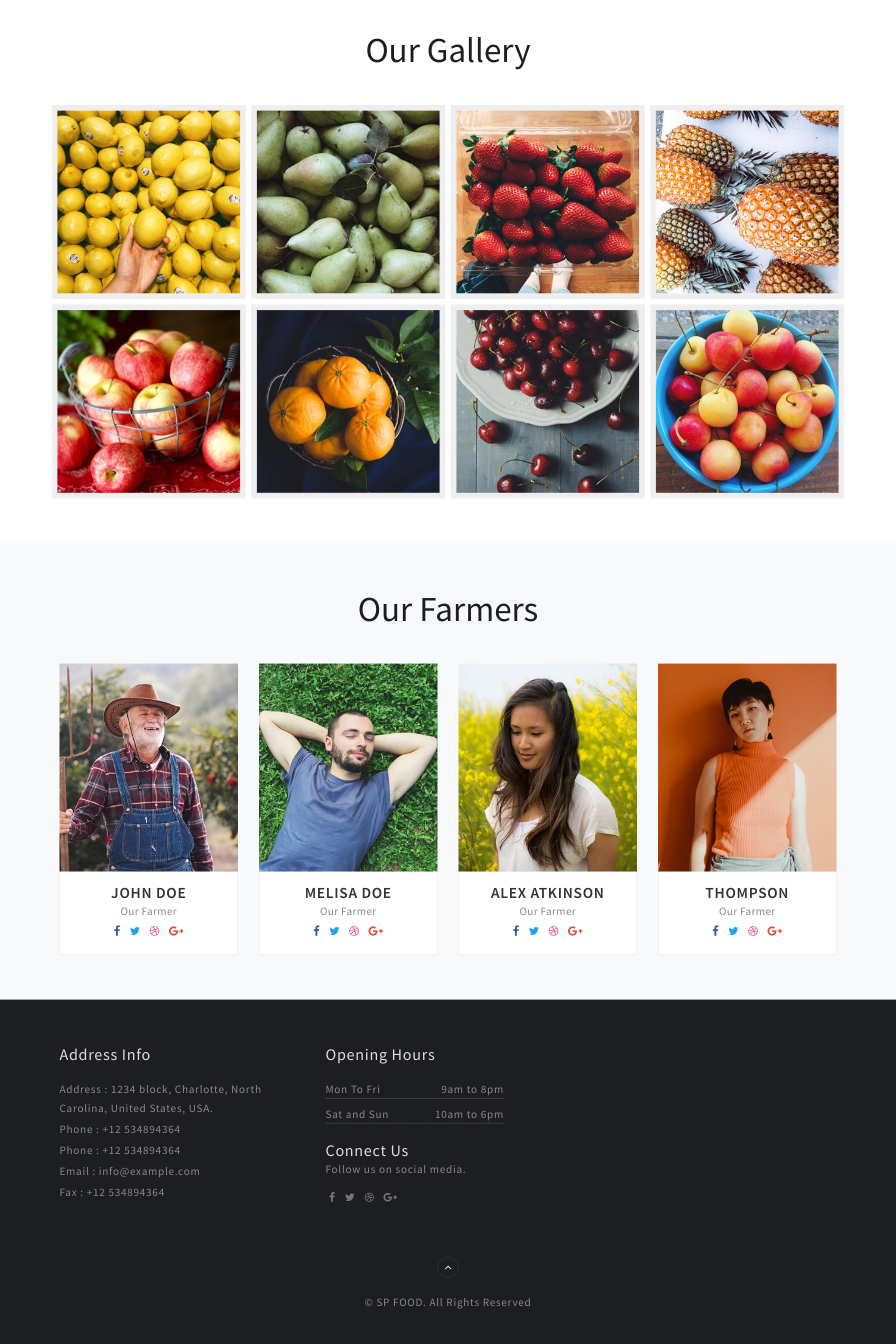
Repository: httpamit/SP-Food
Page: index.html
The author's editor kept a copy of each file at every save. The page is drawn from the files as they stood at one save, then again after the next save.
The browser window is 1280 px wide. The pictures show the part of the page from y = 2830 to 4750 px (the page is 4750 px tall), at 70% of full size.
Backgrounds fixed to the window are drawn as part of the page.

Above is the page before, as saved 2019-02-07 23:20:09.

### index.html
<!DOCTYPE html>
<html lang="en">
<head>
<title>Fruit Farm Agriculture Category Flat Bootstrap Responsive Website Template | Home : W3layouts</title>

	<!-- Meta tag Keywords -->
	<meta name="viewport" content="width=device-width, initial-scale=1">
	<meta charset="utf-8">
	<meta name="keywords" content="Agriculture Responsive web template, Bootstrap Web Templates, Flat Web Templates, Android Compatible web template,
	Smartphone Compatible web template, free webdesigns for Nokia, Samsung, LG, SonyEricsson, Motorola web design" />
	<script type="application/x-javascript">
		addEventListener("load", function () {
			setTimeout(hideURLbar, 0);
		}, false);

		function hideURLbar() {
			window.scrollTo(0, 1);
		}
	</script>
	<!--// Meta tag Keywords -->

	<!-- css files -->
	<link rel="stylesheet" href="css/bootstrap.css"> <!-- Bootstrap-Core-CSS -->
	<link rel="stylesheet" href="css/style.css" type="text/css" media="all" /> <!-- Style-CSS -->
	<link rel="stylesheet" href="css/font-awesome.min.css"> <!-- Font-Awesome-Icons-CSS -->
	<!-- //css files -->

	<!--web font-->
	<link href="//fonts.googleapis.com/css?family=Source+Sans+Pro:200,200i,300,300i,400,400i,600,600i,700,700i,900,900i&amp;subset=cyrillic,cyrillic-ext,greek,greek-ext,latin-ext,vietnamese" rel="stylesheet">
	<!--//web font-->

</head>

<body>

<!-- header -->
<header>
	<div class="container" id="home">
		<nav class="">
			<div id="logo">
				<h1> <a href="index.html" class="editContent" data-selector=".editContent"><span class="fa fa-home"></span> SP FOOD</a></h1>
			</div>
			<div class="mx-auto">
				<ul class="menu mt-lg-4">
					<li class=" mr-lg-2 mr-1 active"><a href="#">Home</a></li>
					<li class=" mr-lg-2 mr-1"><a href="#about">About</a></li>
					<li class=" mr-lg-2 mr-1"><a href="#services">Services</a></li>
					<li class="dropdown-menu-padding">
					<!-- First Tier Drop Down -->
					<a href="#agricultural">Agricultural</a>
					</li>
					<li><a href="#gallery">Gallery</a></li>
					<li><a href="#contact">Contact</a></li>
					<li class="buttons ml-lg-3">
						<p><span class="fa mr-1 fa-phone"></span> +12 445 8976 2334</p>
					</li>
				</ul>
			</div>
		</nav>
	</div>
</header>
<!-- //header -->

<div class="csslider infinity" id="slider1">
  <input type="radio" name="slides" checked="checked" id="slides_1"/>
  <input type="radio" name="slides" id="slides_2"/>
  <input type="radio" name="slides" id="slides_3"/>
  <input type="radio" name="slides" id="slides_4"/>
  <ul>
    <li>
		<div id="bg">
			<div class="container">
				<div class="banner-text">
				  <h6> Fresh Agriculture Products</h6>
				  <h3> We Serve Fresh and Juicy Fruits From Our Farm</h3>
				</div>
			</div>
		</div>
    </li>
    <li>
        <div id="bg1">
			<div class="container">
				<div class="banner-text">
				  <h6> Fresh Agriculture Products</h6>
				  <h3> We Serve Fresh and Juicy Fruits From Our Farm</h3>
				</div>
			</div>
        </div>
    </li>
    <li>
		<div id="bg2">
			<div class="container">
				<div class="banner-text">
				  <h6> Fresh Agriculture Products</h6>
				  <h3> We Serve Fresh and Juicy Fruits From Our Farm</h3>
				</div>
			</div>
        </div>
    </li>
    <li>
		<div id="bg3">
			<div class="container">
				<div class="banner-text">
				  <h6> Fresh Agriculture Products</h6>
				  <h3> We Serve Fresh and Juicy Fruits From Our Farm</h3>
				</div>
			</div>
		</div>
    </li>

  </ul>
  <div class="arrows">
    <label for="slides_1"></label>
    <label for="slides_2"></label>
    <label for="slides_3"></label>
    <label for="slides_4"></label>
  </div>
  <div class="navigation">
    <div>
      <label for="slides_1"></label>
      <label for="slides_2"></label>
      <label for="slides_3"></label>
      <label for="slides_4"></label>
    </div>
  </div>
</div>

<!-- //banner -->

<!-- about -->
<section class="about py-5" id="about">
	<div class="container py-md-3">
		<h3 class="heading text-center mb-md-5 mb-4">Few Words About our farm</h3>
		<div class="row about-grids agile-info">
			<div class="col-lg-6 mb-lg-0   mb-5">
				<h4 class="mb-4">Welcome to our Organic Fruit - we serve all types of seasonal fruits</h3>
				<p class="mb-4">Cras blandit nibh ut pretium elementum. Duis bibendum convallis nun cael dictum. Quisquen ac ipsum porta, ultrices metus sit amet, curs in nisl. Dui aliquet varius sem sit amet convallis nun ca dictum. Cras blandit nibh ut pretium elementum. Duis bibendum convallis nun ca dictum aliquet.</p>
				<p class="text-capitalize"> <span class="fa fa-check"></span> Duis bibendum convallis blandit dictum.</p>
				<p class=" text-capitalize"> <span class="fa fa-check"></span> Cras blandit nibh blandit pretium dolor ipsum.</p>
				<p class="text-capitalize mb-3"> <span class="fa fa-check"></span> Bibendum convallis nun ca dictum elementum ipsum elit.</p>
				<a href="#popup1">Read More </a>
			</div>
			<div class="col-lg-6 col-md-8   pr-md-0">
				<img src="images/about.jpg" class="img-fluid" />
			</div>
		</div>
	</div>
</section>
<!-- //about -->

<!-- how we work -->
<section class="work">
	<div class="work-layer py-5">
	<div class="container py-md-3">
		<h3 class="heading text-center mb-lg-5 text-white mb-4">How We Work</h3>
		<div class="row text-center join agile-info">
			<div class="col-lg-4 col-md-6 steps-reach  ">
				<span class="fa fa-cogs"></span>
				<h4>Step 1</h4>
				<p>Pretium elementum. Duis bibendum convallis nun ca dictum convallis nun ca dictum. Cras blandit nibh ut aliquet varius sem sit amet convallis.</p>
			</div>
			<div class="col-lg-4 col-md-6 mt-md-0 mt-5 steps-reach  ">
				<span class="fa fa-cubes"></span>
				<h4>Step 2</h4>
				<p>Pretium elementum. Duis bibendum convallis nun ca dictum convallis nun ca dictum. Cras blandit nibh ut aliquet varius sem sit amet convallis.</p>
			</div>
			<div class="col-lg-4 col-md-6 mt-lg-0 mt-5 steps-reach  ">
				<span class="fa fa-cart-arrow-down" aria-hidden="true"></span>
				<h4>Step 3</h4>
				<p>Pretium elementum. Duis bibendum convallis nun ca dictum convallis nun ca dictum. Cras blandit nibh ut aliquet varius sem sit amet convallis.</p>
			</div>
		</div>
	</div>
	</div>
</section>
<!-- //how we work -->

<!-- services -->
<section class="services py-5" id="services">
	<div class="container py-md-5">
		<h3 class="heading text-center mb-lg-5 mb-4">Our Services</h3>
		<div class="row text-center join agile-info">
			<div class="col-lg-4 col-md-6 steps-reach service-box">
				<span class="fa fa-cogs"></span>
				<h4>Step 1</h4>
				<p>Pretium elementum. Duis bibendum convallis nun ca dictum convallis nun ca dictum. Cras blandit nibh ut aliquet varius sem sit amet convallis.</p>
			</div>
			<div class="col-lg-4 col-md-6 mt-md-0 mt-5 steps-reach service-box ">
				<span class="fa fa-cubes"></span>
				<h4>Step 2</h4>
				<p>Pretium elementum. Duis bibendum convallis nun ca dictum convallis nun ca dictum. Cras blandit nibh ut aliquet varius sem sit amet convallis.</p>
			</div>
			<div class="col-lg-4 col-md-6 mt-lg-0 mt-5 steps-reach service-box right-border ">
				<span class="fa fa-cart-arrow-down" aria-hidden="true"></span>
				<h4>Step 3</h4>
				<p>Pretium elementum. Duis bibendum convallis nun ca dictum convallis nun ca dictum. Cras blandit nibh ut aliquet varius sem sit amet convallis.</p>
			</div>
		</div>
	</div>
	</div>
</section>
<!-- //how we work -->

<!-- facts -->
<section class="service-bottom bg py-5" id="agricultural">
	<div class="container">
		<!-- Counter -->
		<div class="py-lg-5 py-3">
			<h3 class="heading text-center text-white mb-lg-5 mb-4">Agricultural Facts</h3>
			<div class="row ">
				<div class="col-md-3 text-center col-6 agileits_w3layouts_about_counter_left  ">
					<div class="counterinfo agile-info">
						<p class="counter">146</p>
						<h3>Business Growth</h3>
					</div>
				</div>
				<div class="col-md-3 text-center col-6 agileits_w3layouts_about_counter_left  ">
					<div class="counterinfo agile-info">
						<p class="counter">1500</p>
						<h3>Fruits Supplied</h3>
					</div>
				</div>
				<div class="col-md-3 text-center col-6 agileits_w3layouts_about_counter_left   mt-md-0 mt-4">
					<div class="counterinfo agile-info">
						<p class="counter">15+</p>
						<h3>Years Experience</h3>
					</div>
				</div>
				<div class="col-md-3 text-center col-6 agileits_w3layouts_about_counter_left   mt-md-0 mt-4">
					<div class="counterinfo agile-info">
						<p class="counter">150+</p>
						<h3>Agriculture Farmers</h3>
					</div>
				</div>
			</div>
		</div>
		<!-- //Counter -->
	</div>
</section>
<!-- //facts -->

<!-- gallery -->
<section class="gallery py-5" id="gallery">
	<div class="container py-3">
		<h3 class="heading text-center mb-lg-5 mb-4">Our Gallery</h3>
		<div class="row gallery_grid-more project-grids w3ls">
			<div class="col-lg-3 col-md-4 col-6 px-1 w3layoutsits_w3layouts_gallery_grid1">
				<div class="gallery-border">
					<a href="#popup2">
						<img src="images/g1.jpg" alt=" " class="img-fluid" />
					</a>
				</div>
			</div>
			<div class="col-lg-3 col-md-4 col-6 px-1 w3layoutsits_w3layouts_gallery_grid1">
				<div class="gallery-border">
					<a href="#popup3">
						<img src="images/g2.jpg" alt=" " class="img-fluid" />
					</a>
				</div>
			</div>
			<div class="col-lg-3 col-md-4 col-6 px-1 w3layoutsits_w3layouts_gallery_grid1 mt-md-0 mt-2">
				<div class="gallery-border">
					<a href="#popup4">
						<img src="images/g3.jpg" alt=" " class="img-fluid" />
					</a>
				</div>
			</div>
			<div class="col-lg-3 col-md-4 col-6 px-1 w3layoutsits_w3layouts_gallery_grid1 mt-lg-0 mt-2">
				<div class="gallery-border">
					<a href="#popup5">
						<img src="images/g4.jpg" alt=" " class="img-fluid" />
					</a>
				</div>
			</div>
			<div class="col-lg-3 col-md-4 col-6 px-1 w3layoutsits_w3layouts_gallery_grid1 mt-2 ">
				<div class="gallery-border">
					<a href="#popup6">
						<img src="images/g5.jpg" alt=" " class="img-fluid" />
					</a>
				</div>
			</div>
			<div class="col-lg-3 col-md-4 col-6 px-1 w3layoutsits_w3layouts_gallery_grid1 mt-2">
				<div class="gallery-border">
					<a href="#popup7">
						<img src="images/g6.jpg" alt=" " class="img-fluid" />
					</a>
				</div>
			</div>
			<div class="col-lg-3 col-md-4 col-6 px-1 w3layoutsits_w3layouts_gallery_grid1 mt-2">
				<div class="gallery-border">
					<a href="#popup8">
						<img src="images/g7.jpg" alt=" " class="img-fluid" />
					</a>
				</div>
			</div>
			<div class="col-lg-3 col-md-4 col-6 px-1 w3layoutsits_w3layouts_gallery_grid1 mt-2">
				<div class="gallery-border">
					<a href="#popup9">
						<img src="images/g8.jpg" alt=" " class="img-fluid" />
					</a>
				</div>
			</div>
		</div>
	</section>

<!-- popup for gallery -->
<div id="popup2" class="overlay">
	<div class="popup1">
		<img src="images/g1.jpg" alt="Popup Image" class="img-fluid" />
	<a class="close" href="#gallery">&times;</a>
	</div>
</div>

<div id="popup3" class="overlay">
	<div class="popup1">
		<img src="images/g2.jpg" alt="Popup Image" class="img-fluid" />
	<a class="close" href="#gallery">&times;</a>
	</div>
</div>

<div id="popup4" class="overlay">
	<div class="popup1">
		<img src="images/g3.jpg" alt="Popup Image" class="img-fluid" />
	<a class="close" href="#gallery">&times;</a>
	</div>
</div>

<div id="popup5" class="overlay">
	<div class="popup1">
		<img src="images/g4.jpg" alt="Popup Image" class="img-fluid" />
	<a class="close" href="#gallery">&times;</a>
	</div>
</div>

<div id="popup6" class="overlay">
	<div class="popup1">
		<img src="images/g5.jpg" alt="Popup Image" class="img-fluid" />
	<a class="close" href="#gallery">&times;</a>
	</div>
</div>

<div id="popup7" class="overlay">
	<div class="popup1">
		<img src="images/g6.jpg" alt="Popup Image" class="img-fluid" />
	<a class="close" href="#gallery">&times;</a>
	</div>
</div>
<div id="popup8" class="overlay">
	<div class="popup1">
		<img src="images/g7.jpg" alt="Popup Image" class="img-fluid" />
	<a class="close" href="#gallery">&times;</a>
	</div>
</div>
<div id="popup9" class="overlay">
	<div class="popup1">
		<img src="images/g8.jpg" alt="Popup Image" class="img-fluid" />
	<a class="close" href="#gallery">&times;</a>
	</div>
</div>
<!-- //popup for gallery -->

</div>
<!-- //gallery -->

<!-- team -->
<section class="team bg-light py-5" id="team">
	<div class="container py-md-3">
		<h3 class="heading text-center mb-lg-5 mb-4">Our Farmers</h3>
		<div class="row team-grids">
			<div class="col-lg-3 col-sm-6 mb-lg-0 mb-4 team-grid  ">
				<div class="team-members">
					<img src="images/t1.jpg" class="img-fluid" alt="image">
					<div class="team-desc py-3 text-center agile-info">
						<h4 class="">John Doe</h4>
						<span>Our Farmer</span>
						<ul class="social">
							<li><a href="#"><span class="fa fa-facebook icon_facebook"></span></a></li>
							<li><a href="#"><span class="fa fa-twitter icon_twitter"></span></a></li>
							<li><a href="#"><span class="fa fa-dribbble icon_dribbble"></span></a></li>
							<li><a href="#"><span class="fa fa-google-plus icon_g_plus"></span></a></li>
						</ul>
					</div>
				</div>
			</div>
			<div class="col-lg-3 col-sm-6 mb-lg-0 mb-4 team-grid  ">
				<div class="team-members">
					<img src="images/t2.jpg" class="img-fluid" alt="image">
					<div class="team-desc py-3 text-center agile-info">
						<h4 class="">Melisa Doe</h4>
						<span>Our Farmer</span>
						<ul class="social">
							<li><a href="#"><span class="fa fa-facebook icon_facebook"></span></a></li>
							<li><a href="#"><span class="fa fa-twitter icon_twitter"></span></a></li>
							<li><a href="#"><span class="fa fa-dribbble icon_dribbble"></span></a></li>
							<li><a href="#"><span class="fa fa-google-plus icon_g_plus"></span></a></li>
						</ul>
					</div>
				</div>
			</div>
			<div class="col-lg-3 col-sm-6 mb-sm-0 mb-4 team-grid  ">
				<div class="team-members">
					<img src="images/t3.jpg" class="img-fluid" alt="image">
					<div class="team-desc py-3 text-center agile-info">
						<h4 class="">Alex Atkinson</h4>
						<span>Our Farmer</span>
						<ul class="social">
							<li><a href="#"><span class="fa fa-facebook icon_facebook"></span></a></li>
							<li><a href="#"><span class="fa fa-twitter icon_twitter"></span></a></li>
							<li><a href="#"><span class="fa fa-dribbble icon_dribbble"></span></a></li>
							<li><a href="#"><span class="fa fa-google-plus icon_g_plus"></span></a></li>
						</ul>
					</div>
				</div>
			</div>
			<div class="col-lg-3 col-sm-6 team-grid  ">
				<div class="team-members">
					<img src="images/t4.jpg" class="img-fluid" alt="image">
					<div class="team-desc py-3 text-center agile-info">
						<h4 class="">Thompson</h4>
						<span>Our Farmer</span>
						<ul class="social">
							<li><a href="#"><span class="fa fa-facebook icon_facebook"></span></a></li>
							<li><a href="#"><span class="fa fa-twitter icon_twitter"></span></a></li>
							<li><a href="#"><span class="fa fa-dribbble icon_dribbble"></span></a></li>
							<li><a href="#"><span class="fa fa-google-plus icon_g_plus"></span></a></li>
						</ul>
					</div>
				</div>
			</div>
		</div>
	</div>
</section>
<!-- //team -->

<!-- footer -->
<footer class="py-5" id="contact">
	<div class="container pt-md-3">
		<div class="row ">
		<div class="col-lg-4 col-md-6">
            <h3 class="mb-4">Address Info</h3>
			<div class="footer-text">
				<p>Address : 1234 block, Charlotte, North Carolina, United States, USA.</p>
				<p class="mt-1">Phone : +12 534894364</p>
				<p class="mt-1">Phone : +12 534894364</p>
				<p class="my-1">Email : <a href="mailto:info@example.com">info@example.com</a></p>
				<p>Fax : +12 534894364</p>
			</div>
		</div>
		<div class="col-lg-3 col-md-6 mt-md-0 mt-5">
            <h3 class="mb-4">Opening Hours</h3>
			<div class="timings">
				<p class="mb-2">Mon To Fri<span> 9am to 8pm </span></p>
				<p class="">Sat and Sun<span> 10am to 6pm </span></p>
			</div>
            <h3 class="mt-4">Connect Us</h3>
			<p class="mt-6">Follow us on social media.</p>
			<ul class="social mt-2">
				<li><a href="#"><span class="fa fa-facebook icon_facebook"></span></a></li>
				<li><a href="#"><span class="fa fa-twitter icon_twitter"></span></a></li>
				<li><a href="#"><span class="fa fa-dribbble icon_dribbble"></span></a></li>
				<li><a href="#"><span class="fa fa-google-plus icon_g_plus"></span></a></li>
			</ul>
		</div>
	</div>
	<div class="copyright pt-sm-5 pt-4 text-center">
		<a href="#home" class="move-top scroll"><span class="fa fa-angle-up" aria-hidden="true"></span></a>
		<p>© SP FOOD. All Rights Reserved</p>
	</div>
</footer>
<!-- footer -->

<!-- popup for btn -->
<div id="popup1" class="overlay">
	<div class="popup">
		<img src="images/about.jpg" alt="Popup Image" class="img-fluid" />
		<p class="mt-4 editContent">Nulla viverra pharetra se, eget pulvinar neque pharetra ac int. placerat placerat dolor. Vestibulum at dui nunc. Nulla viverra pharetra sem, eget pulvinar neque pharetra ac int. lorem ipsum Vestibulum. placerat placerat dolor. Vestibulum at dui nunc. Nullam eu elit neque lectus.</p>
	<a class="close" href="#about">&times;</a>
	</div>
</div>
<!-- //popup for btn -->

</body>
</html>

Loaded but not shown: css/bootstrap.css (library); css/font-awesome.min.css (library); css/style.css (1492 lines, source omitted)

After the next save:
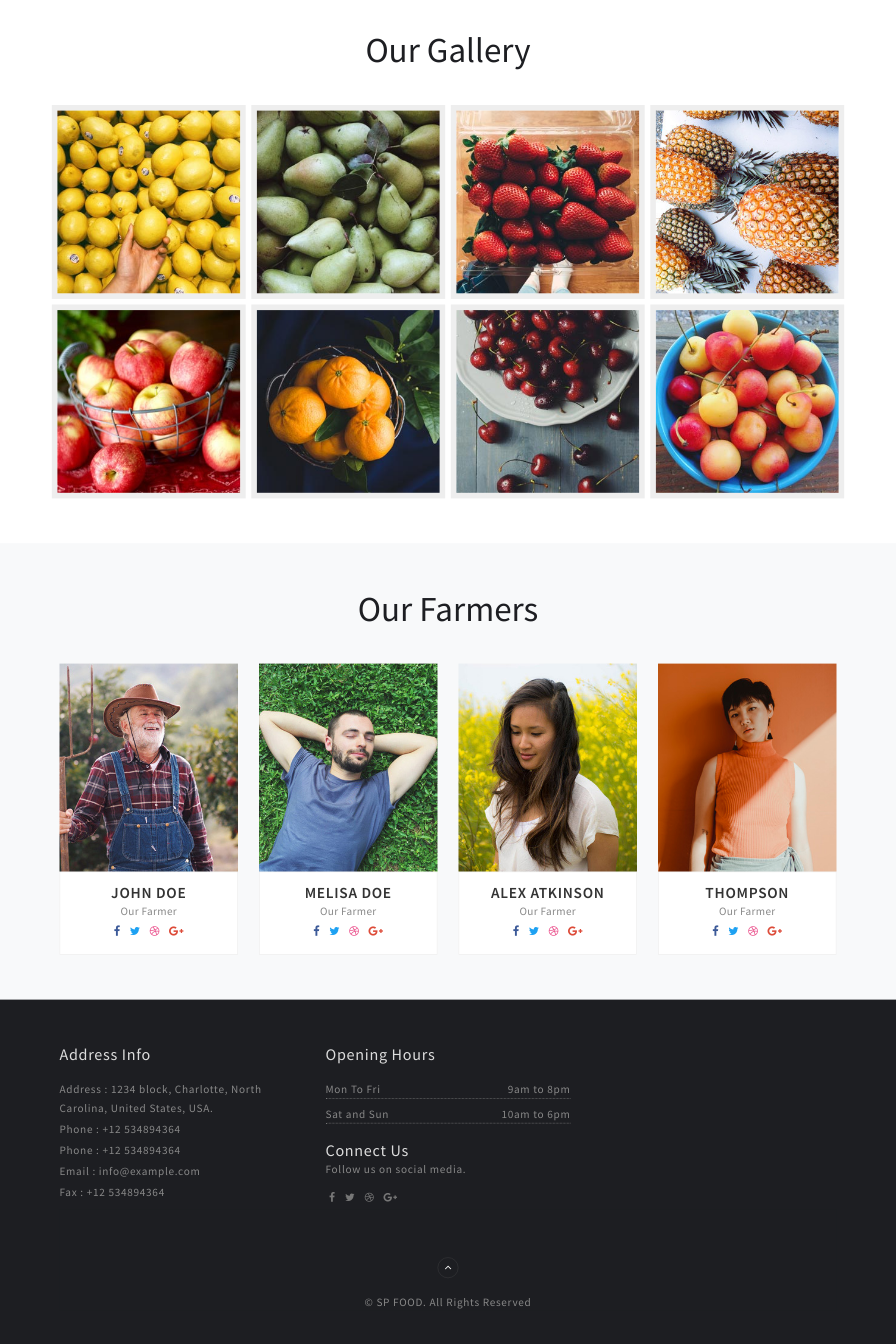
Saved 36 s later.
--- a/index.html
+++ b/index.html
@@ -436,7 +436,7 @@
 <footer class="py-5" id="contact">
 	<div class="container pt-md-3">
 		<div class="row ">
-		<div class="col-lg-4 col-md-6">
+		<div class="col-lg-4">
             <h3 class="mb-4">Address Info</h3>
 			<div class="footer-text">
 				<p>Address : 1234 block, Charlotte, North Carolina, United States, USA.</p>
@@ -446,7 +446,7 @@
 				<p>Fax : +12 534894364</p>
 			</div>
 		</div>
-		<div class="col-lg-3 col-md-6 mt-md-0 mt-5">
+		<div class="col-lg-4">
             <h3 class="mb-4">Opening Hours</h3>
 			<div class="timings">
 				<p class="mb-2">Mon To Fri<span> 9am to 8pm </span></p>
